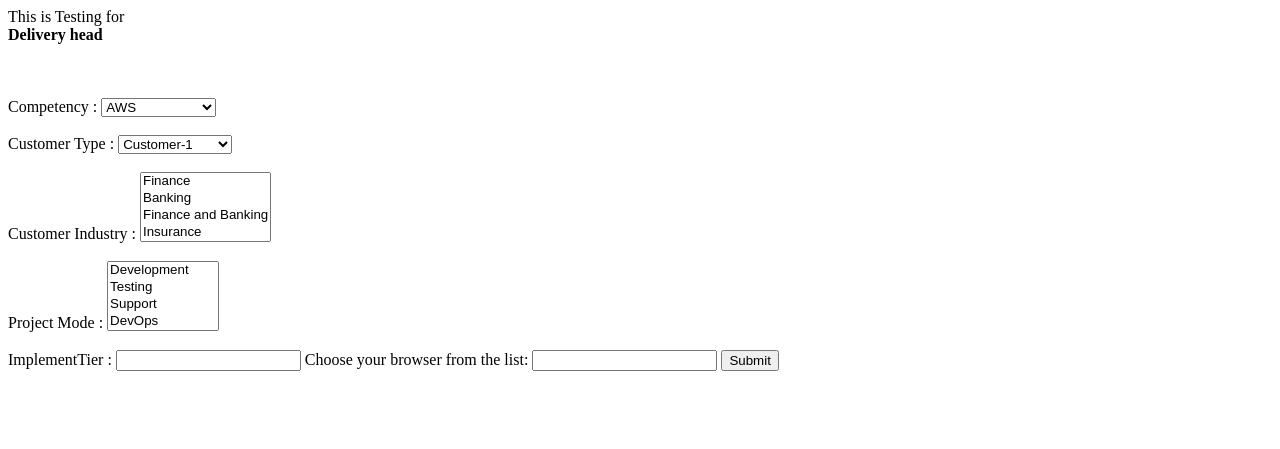
Repository: Perwaiz21/STS
Page: http://localhost/AWS_Web/
These files come from the project's save history. The page is drawn as it stood at one moment and after the next save; the edit follows.
The browser window is 1280 px wide. The pictures show the whole page.
The page is served by Tomcat 9.

Above is the page before, as saved 2021-02-18 09:56:57.

### AWS_Web/WebContent/index.jsp
<%@ page language="java" contentType="text/html; charset=ISO-8859-1"
	pageEncoding="ISO-8859-1"%>
<!DOCTYPE html>
<html>
<head>
<meta charset="ISO-8859-1">
<title>Insert title here</title>
</head>
<body>
	<form action="/action_page.php" method="get">
		This is Testing for <br> <b>Delivery head</b> <br> <br>
		<br> <br> <label for="Competency"> Competency :</label> <select
			name="cars" id="Competency">
			<option value="AWS">AWS</option>
			<option value="Azure">Azure</option>
			<option value="GCP">GCP</option>
			<option value="Java Full Stack">Java Full Stack</option>
			<option value="Front end">Front end</option>
			<option value=".NET Full Stack">.NET Full Stack</option>

		</select> <br> <br> <label for="Customer Type">Customer Type
			:</label> <select name="Customer_Type" id="Customer_Type">
			<option value="ISV">Customer-1</option>
			<option value="Enterprise level">Enterprise level</option>

		</select> <br> <br> <label for="Customer Industry">Customer
			Industry :</label> <select name="Customer_Industry" id="Customer_Industry"
			multiple>
			<option value="Finance">Finance</option>
			<option value="Banking">Banking</option>
			<option value="Finance and Banking">Finance and Banking</option>
			<option value="Insurance">Insurance</option>
			<option value="Oil and Gas">Oil and Gas</option>
			<option value="Pharma">Pharma</option>
			<option value="Health Care">Health Care</option>
			<option value="Telecom">Telecom</option>
			<option value="Mortgage">Mortgage</option>
			<option value="Supply Chain">Supply Chain</option>
			<option value="Lease Management">Lease Management</option>
			<option value="Advisory">Advisory</option>
			<option value="Audit">Audit</option>
		</select> <br> <br> <label for="Project Mode">Project Mode :</label>
		<select name="Project-Mode" id="Project-Mode" multiple>
			<option value="Development">Development</option>
			<option value="Testing">Testing</option>
			<option value="Support">Support</option>
			<option value="DevOps">DevOps</option>
			<option value="Consulting">Consulting</option>
			<option value="Management">Management</option>
			<option value="DB Administration">DB Administration</option>
		</select> <br> <br> <label for="ImplementTier ">ImplementTier
			:</label><!--  <select name="ImplementTier" id="ImplementTier" multiple> -->
			<input
			list="ImplementTier" name="ImplementTier" id="ImplementTier">
			<datalist id="ImplementTier">
			<option value="ImplementTier-1 ">ImplementTier-1</option>
			<option value="ImplementTier-2">ImplementTier-2</option>
			<option value="ImplementTier-3">ImplementTier-3</option>
			<option value="ImplementTier-4">ImplementTier-4</option>
			<option value="ImplementTier-5">ImplementTier-5</option>
			<option value="ImplementTier-6">ImplementTier-6</option>
			<option value="ImplementTier-7">ImplementTier-7</option>
			</datalist>

		</select> <label for="browser">Choose your browser from the list:</label> <input
			list="browsers" name="browser" id="browser">
		<datalist id="browsers">
			<option value="Edge">
			<option value="Firefox">
			<option value="Chrome">
			<option value="Opera">
			<option value="Safari">
		</datalist>
		<input type="submit">
	</form>


</body>
</html>

After the next save:
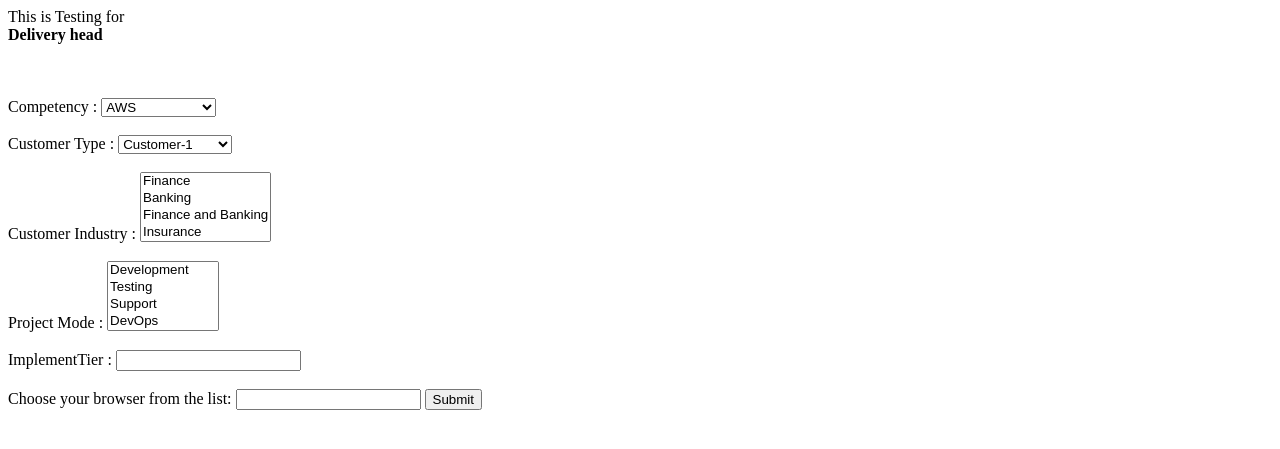
Saved 29 s later.
--- a/AWS_Web/WebContent/index.jsp
+++ b/AWS_Web/WebContent/index.jsp
@@ -48,7 +48,9 @@
 			<option value="Consulting">Consulting</option>
 			<option value="Management">Management</option>
 			<option value="DB Administration">DB Administration</option>
-		</select> <br> <br> <label for="ImplementTier ">ImplementTier
+		</select>
+		<br> <br>
+		<label for="ImplementTier ">ImplementTier
 			:</label><!--  <select name="ImplementTier" id="ImplementTier" multiple> -->
 			<input
 			list="ImplementTier" name="ImplementTier" id="ImplementTier">
@@ -61,7 +63,7 @@
 			<option value="ImplementTier-6">ImplementTier-6</option>
 			<option value="ImplementTier-7">ImplementTier-7</option>
 			</datalist>
-
+			<br><br>
 		</select> <label for="browser">Choose your browser from the list:</label> <input
 			list="browsers" name="browser" id="browser">
 		<datalist id="browsers">
